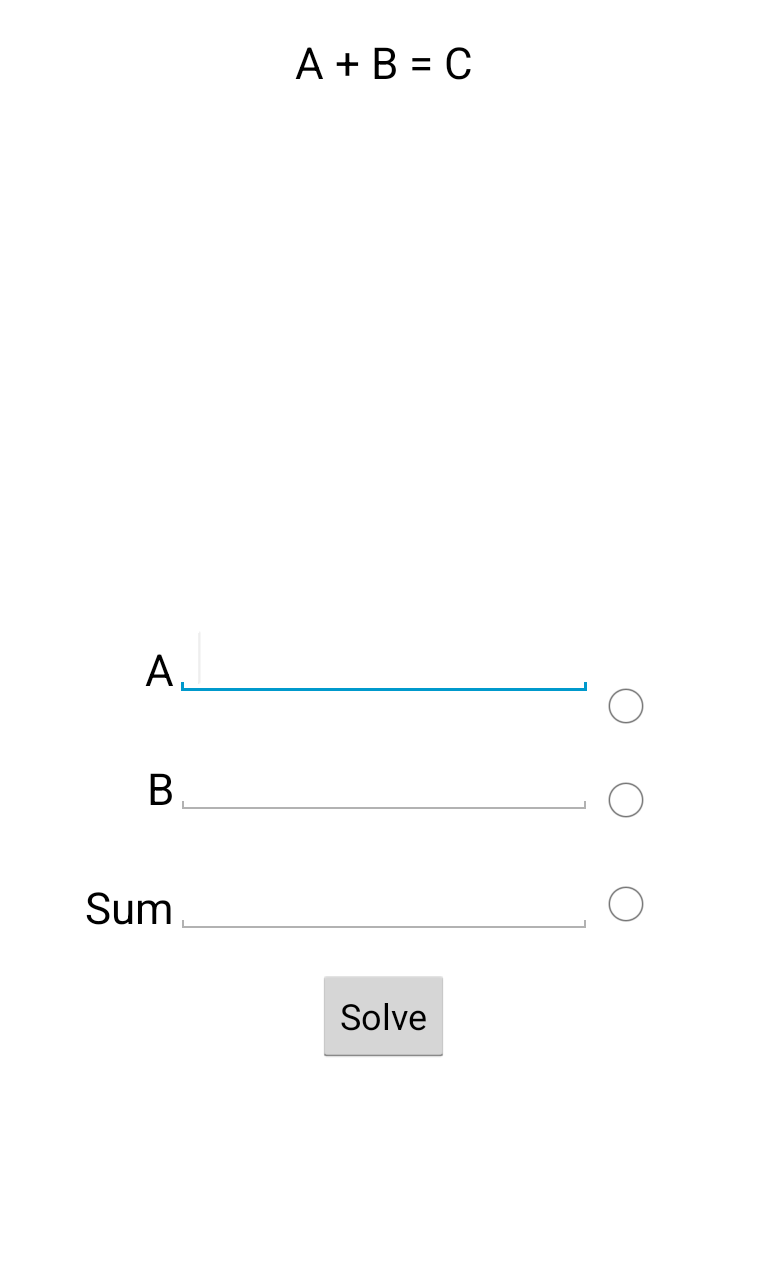
Repository: dtri123/Equation-Station
Layout: TheEquationStation/res/layout/addition_page.xml
These files come from the project's save history. The layout is drawn as it stood at one moment and after the next save; the edit follows.
It is drawn on a 768 x 1280 px phone screen (xhdpi) without system bars, with theme AppTheme; the app's code is not run.

Above is the layout before, as saved 2013-07-18 17:25:21.

### TheEquationStation/res/layout/addition_page.xml
<?xml version="1.0" encoding="utf-8"?>
<RelativeLayout xmlns:android="http://schemas.android.com/apk/res/android"
    xmlns:tools="http://schemas.android.com/tools"
    android:layout_width="match_parent"
    android:layout_height="match_parent"
    android:paddingBottom="@dimen/activity_vertical_margin"
    android:paddingLeft="@dimen/activity_horizontal_margin"
    android:paddingRight="@dimen/activity_horizontal_margin"
    android:paddingTop="@dimen/activity_vertical_margin"
    tools:context=".Addition_Page" >

     <Button
        android:id="@+id/add_button"
        android:layout_width="wrap_content"
        android:layout_height="wrap_content"
        android:layout_alignParentBottom="true"
        android:layout_centerHorizontal="true"
        android:layout_marginBottom="92dp"
        android:text="Solve" />

    <TextView
        android:id="@+id/textView1"
        android:layout_width="wrap_content"
        android:layout_height="wrap_content"
        android:layout_centerHorizontal="true"
        android:text="A + B = C"
        android:textAppearance="?android:attr/textAppearanceLarge" />

    <RadioGroup
        android:id="@+id/group1"
        android:layout_width="fill_parent"
        android:layout_height="wrap_content"
        android:layout_alignBottom="@+id/editText_AddSum"
        android:layout_toRightOf="@+id/editText_AddSum"
        android:orientation="vertical" >

        <RadioButton
            android:id="@+id/radioButtonAddA"
            android:layout_width="wrap_content"
            android:layout_height="wrap_content" />


		<RadioButton
			android:id="@+id/radioButtonAddB"
			android:layout_width="wrap_content"
			android:layout_height="wrap_content"
			android:layout_marginTop="15dp" />

		<RadioButton
			android:id="@+id/radioButtonSum"
			android:layout_width="wrap_content"
			android:layout_height="wrap_content"
			android:layout_marginTop="20dp"/>
	</RadioGroup>

    <EditText
        android:id="@+id/editText_AddSum"
        android:layout_width="wrap_content"
        android:layout_height="wrap_content"
        android:layout_above="@+id/add_button"
        android:layout_marginBottom="16dp"
        android:layout_centerHorizontal="true"
        android:ems="10"
        android:inputType="numberDecimal" />

    <EditText
        android:id="@+id/editText_AddB"
        android:layout_width="wrap_content"
        android:layout_height="wrap_content"
        android:layout_above="@+id/editText_AddSum"
        android:layout_centerHorizontal="true"
        android:layout_marginBottom="20dp"
        android:ems="10"
        android:inputType="numberDecimal" />

    <TextView
        android:id="@+id/textView4"
        android:layout_width="wrap_content"
        android:layout_height="wrap_content"
        android:layout_alignBottom="@+id/editText_AddB"
        android:layout_toLeftOf="@+id/editText_AddB"
        android:text="B"
        android:textAppearance="?android:attr/textAppearanceLarge" />

    <TextView
        android:id="@+id/textView3"
        android:layout_width="wrap_content"
        android:layout_height="wrap_content"
        android:layout_alignBottom="@+id/editText_AddA"
        android:layout_toLeftOf="@+id/editText_AddA"
        android:text="A"
        android:textAppearance="?android:attr/textAppearanceLarge" />

    <TextView
        android:id="@+id/TextView01"
        android:layout_width="wrap_content"
        android:layout_height="wrap_content"
        android:layout_alignBottom="@+id/editText_AddSum"
        android:layout_toLeftOf="@+id/editText_AddSum"
        android:text="Sum"
        android:textAppearance="?android:attr/textAppearanceLarge" />

    <EditText
        android:id="@+id/editText_AddA"
        android:layout_width="wrap_content"
        android:layout_height="wrap_content"
        android:layout_above="@+id/editText_AddB"
		android:layout_centerHorizontal="true"
        android:layout_marginBottom="20dp"
        android:ems="10"
        android:inputType="numberDecimal" >

        <requestFocus />
    </EditText>

</RelativeLayout>

Loaded but not shown: TheEquationStation/res/values/styles.xml (common file); TheEquationStation/res/values-v11/styles.xml (common file); TheEquationStation/res/values-v14/styles.xml (common file); TheEquationStation/res/values/dimens.xml (common file)

After the next save:
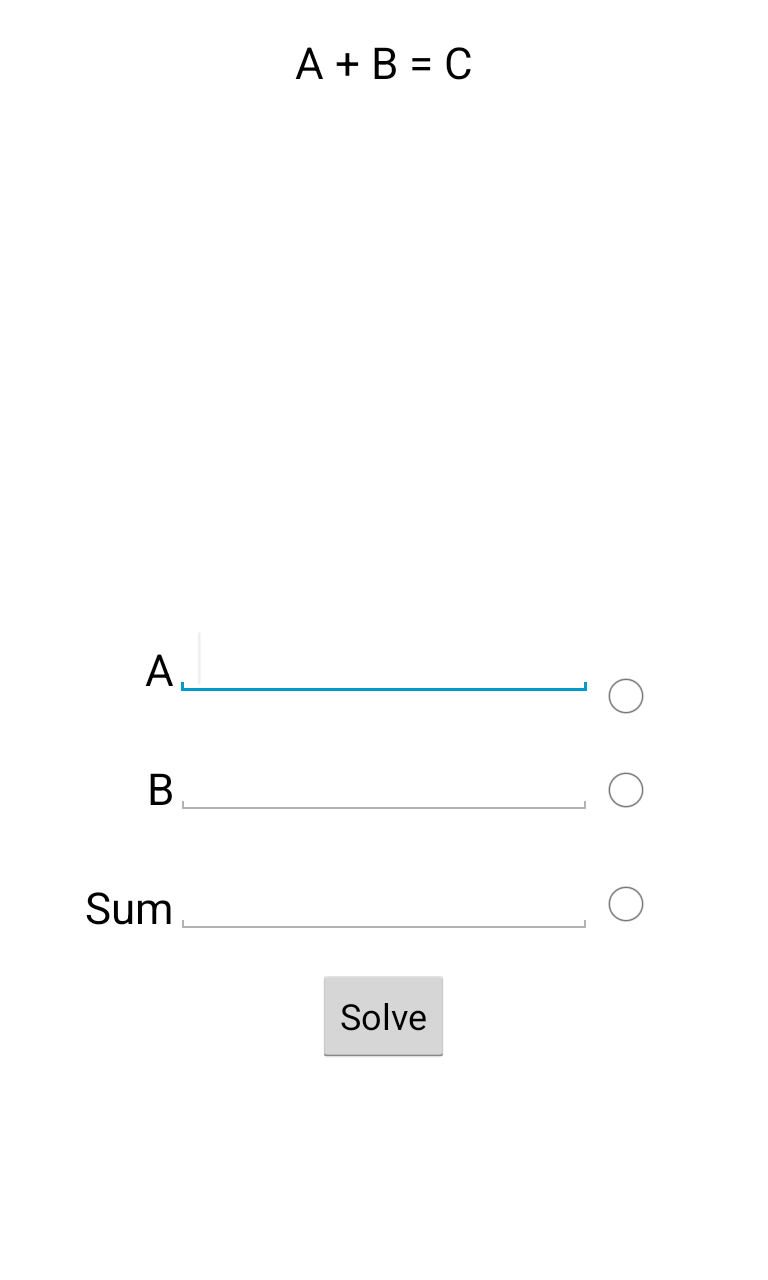
Saved 11 s later.
--- a/TheEquationStation/res/layout/addition_page.xml
+++ b/TheEquationStation/res/layout/addition_page.xml
@@ -50,7 +50,7 @@
 			android:id="@+id/radioButtonSum"
 			android:layout_width="wrap_content"
 			android:layout_height="wrap_content"
-			android:layout_marginTop="20dp"/>
+			android:layout_marginTop="25dp"/>
 	</RadioGroup>
 
     <EditText
